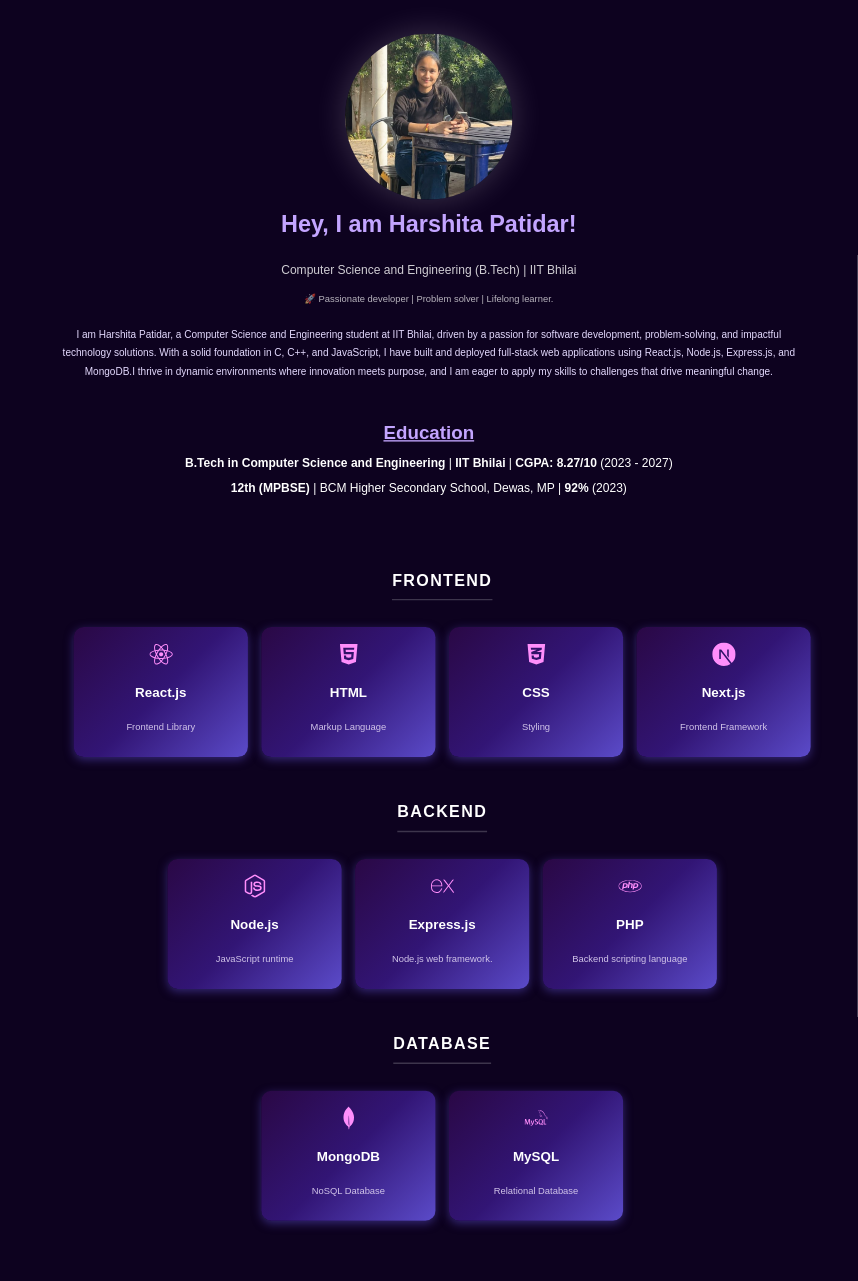
Repository: harshitap1305/Portfolio
Page: /
An editor plug-in stored every save of this project. The page is shown before and after the next save, followed by the edit.
The browser window is 1280 px wide. The pictures show the whole page, at 67% of full size.
The project was rebuilt for these pictures with package versions that can differ from the ones it lists, and the page was loaded fresh each time. Also part of the build but not shown: vite.config.js.

Above is the page before, as saved 2025-03-27 19:20:58.

### index.html
<!doctype html>
<html lang="en">
  <head>
    <meta charset="UTF-8" />

    <meta name="viewport" content="width=device-width, initial-scale=1.0" />
    <title>Harshita's Portfolio</title>
  </head>
  <body>
    <div id="root"></div>
    <script type="module" src="/src/main.jsx"></script>
  </body>
</html>

### src/App.jsx
import Home from './Home.jsx'

function App() {


  return (
    <>
      <Home/>
    </>
  )
}

export default App

### src/Home.jsx
import React from 'react';
import harshita from './assets/harshita.png';
import './App.css';
import { FaReact, FaHtml5, FaCss3Alt,FaNodeJs, FaPhp } from "react-icons/fa";
import { SiNextdotjs, SiExpress,SiMysql,SiMongodb } from "react-icons/si";
import Cards from './Cards';
const skillsData=[
    {
        category: "Frontend",
        skills: [
          { name: "React.js", description: "Frontend Library", icon: <FaReact/> },
          { name: "HTML", description: "Markup Language", icon: <FaHtml5 /> },
          { name: "CSS", description: "Styling", icon: <FaCss3Alt /> },
          { name: "Next.js", description: "Frontend Framework", icon: <SiNextdotjs /> }
        ]
      },
      {
        category: "Backend",
        skills: [
          { name: "Node.js", description: " JavaScript runtime", icon: <FaNodeJs /> },
          { name: "Express.js", description: "Node.js web framework.", icon: <SiExpress /> },
          { name: "PHP", description: "Backend scripting language", icon: <FaPhp /> }
        ]
      },
      {
        category: "Database",
        skills: [
          { name: "MongoDB", description: "NoSQL Database", icon: <SiMongodb/> },
          { name: "MySQL", description: "Relational Database", icon: <SiMysql /> },

        ]
      }
]
const Home = () => {
  return (
    <>
      <img src={harshita} alt="Harshita Patidar" className="harshita" />
      <h2 className="name">Hey, I am Harshita Patidar!</h2>
      <p className="tagline">Computer Science and Engineering (B.Tech) | IIT Bhilai</p>
      <p className="subtext">
      🚀 Passionate developer | Problem solver | Lifelong learner.
      </p>
      <p className='intro'>I am Harshita Patidar, a Computer Science and Engineering student at IIT Bhilai, driven by a passion for software development, problem-solving, and impactful technology solutions. With a solid foundation in C, C++, and JavaScript, I have built and deployed full-stack web applications using React.js, Node.js, Express.js, and MongoDB.I thrive in dynamic environments where innovation meets purpose, and I am eager to apply my skills to challenges that drive meaningful change.</p>
      <div className="education-container">
        <h1 className="education-heading">Education</h1>
        <ul className="education-list">
          <li>
            <span className="edu-degree">B.Tech in Computer Science and Engineering</span> | <b>IIT Bhilai</b> | <b>CGPA: 8.27/10</b> (2023 - 2027)
          </li>
          <li>
            <span className="edu-degree">12th (MPBSE)</span> | BCM Higher Secondary School, Dewas, MP | <b>92%</b> (2023)
          </li>
        </ul>

      </div>

      <div className="skills-container">
        {skillsData.map((section, index) => (
          <div key={index} className="skill-section">
            <h3 className="skill-category">{section.category}</h3>
            <div className="skill-grid">
              {section.skills.map((skill, i) => (
                <Cards key={i} icon={skill.icon} name={skill.name} description={skill.description} />
              ))}
            </div>
          </div>
        ))}
      </div>
    </>
  );
};

export default Home;

### src/App.css
/* Background */
body {
  background-color: #0d021f;
  color: white;
  font-family: 'Poppins', sans-serif;
  text-align: center;
  justify-content: center;
  display: flex;
}

/* Image Styling */
.harshita {
  width: 250px;
  border-radius: 50%;
  display: block;
  margin: 50px auto 10px;
  box-shadow: 0px 0px 50px rgba(255, 255, 255, 0.2);
}

/* Name Styling */
.name {
  font-size: 35px;
  font-weight: bold;
  margin-top: 10px;
  color: #c3a5ff; /* Light purple */
}

/* Tagline Styling */
.tagline {
  font-size: 18px;
  margin-top: 5px;
  opacity: 0.8;
}


/* Subtext */
.subtext {
  font-size: 14px;
  margin-top: 5px;
  opacity: 0.7;
}
/* Intro Box */
.intro {
  font-size: 15px;
  line-height: 1.8;
  max-width: 1100px;
  text-align: center;
  margin-top: 20px;
  color: #e5dbff;
  padding: 10px 20px;

}

/* Highlights in Text */
.intro span {
  color: #8a4bff;
  font-weight: bold;
}
/* Education Section */
.education-container {
  margin-top: 20px;
  padding: 15px;
  text-align: left;
  max-width: 100%;
  justify-content: center;
  text-align: center;
}

.education-heading {
  font-size: 28px;
  font-weight: bold;
  color: #c3a5ff;
  margin-bottom: 10px;
  text-decoration: underline;


}

.education-list {
  list-style: none;
  padding: 0;
}

.education-list li {
  font-size: 18px;
  line-height: 1.6;
  margin-bottom: 8px;
}

.edu-degree {
  font-weight: bold;
  color: white;
}
.skills-container {
  display: flex;
  flex-direction: column;
  align-items: center;
  justify-content: center;
  width: 100%;
  padding: 50px 20px;
  color: white;
  justify-content: center;

}

.skill-section {
  width: 100%;
  max-width: 1100px;
  margin-bottom: 40px;
  text-align: center;
  justify-content: center;
}

.skill-category {
  font-size: 24px;
  font-weight: bold;
  color: #fff;
  text-transform: uppercase;
  letter-spacing: 2px;
  margin-bottom: 20px;
  padding-bottom: 10px;
  border-bottom: 2px solid rgba(255, 255, 255, 0.2);
  display: inline-block;
}

.skill-grid {
  display: grid;
  grid-template-columns: repeat(auto-fit, minmax(200px, 1fr));
  gap: 20px;
  justify-content: center;
  margin-top: 20px;
}
.skill-grid:has(:nth-child(2):nth-last-child(1)),
.skill-grid:has(:nth-child(2):nth-last-child(2)) {
  display: flex;
  justify-content: center;
  gap: 20px;
}

### src/Cards.jsx
import React from 'react'
import './Cards.css'
const Cards = ({name,description,icon}) => {
  return (
    <>
    <div className="skill-card">
    <div className="skill-icon">{icon}</div>
    <h4>{name}</h4>
    <p>{description}</p>
    </div>
  </>
  )
}

export default Cards

### src/Cards.css
.skill-card {
    background: linear-gradient(135deg, #2a0845, #321575, #5b4bc9);
    padding: 20px;
    width: 220px;
    border-radius: 15px;
    text-align: center;
    transition: 0.3s;
    box-shadow: 0 4px 15px rgba(91, 75, 201, 0.5);
    position: relative;
    overflow: hidden;
  }

  .skill-card:hover {
    transform: translateY(-5px);
    box-shadow: 0 6px 20px rgba(91, 75, 201, 0.8);
  }

  .skill-card h4 {
    color: #fff;
    font-size: 20px;
    margin-top: 10px;
    font-weight: bold;
  }

  .skill-card p {
    color: #d1c4e9;
    font-size: 14px;
  }

  .skill-icon {
    font-size: 35px;
    color: #ff8efb;
  }

  /* Glowing Effect */
  .skill-card::before {
    content: "";
    position: absolute;
    top: -50%;
    left: -50%;
    width: 200%;
    height: 200%;
    background: radial-gradient(circle, rgba(255, 255, 255, 0.2) 10%, transparent 50%);
    transform: rotate(30deg);
    opacity: 0;
    transition: opacity 0.4s;
  }

  .skill-card:hover::before {
    opacity: 1;
  }

Loaded but not shown: src/main.jsx (common file); src/index.css (common file)

After the next save:
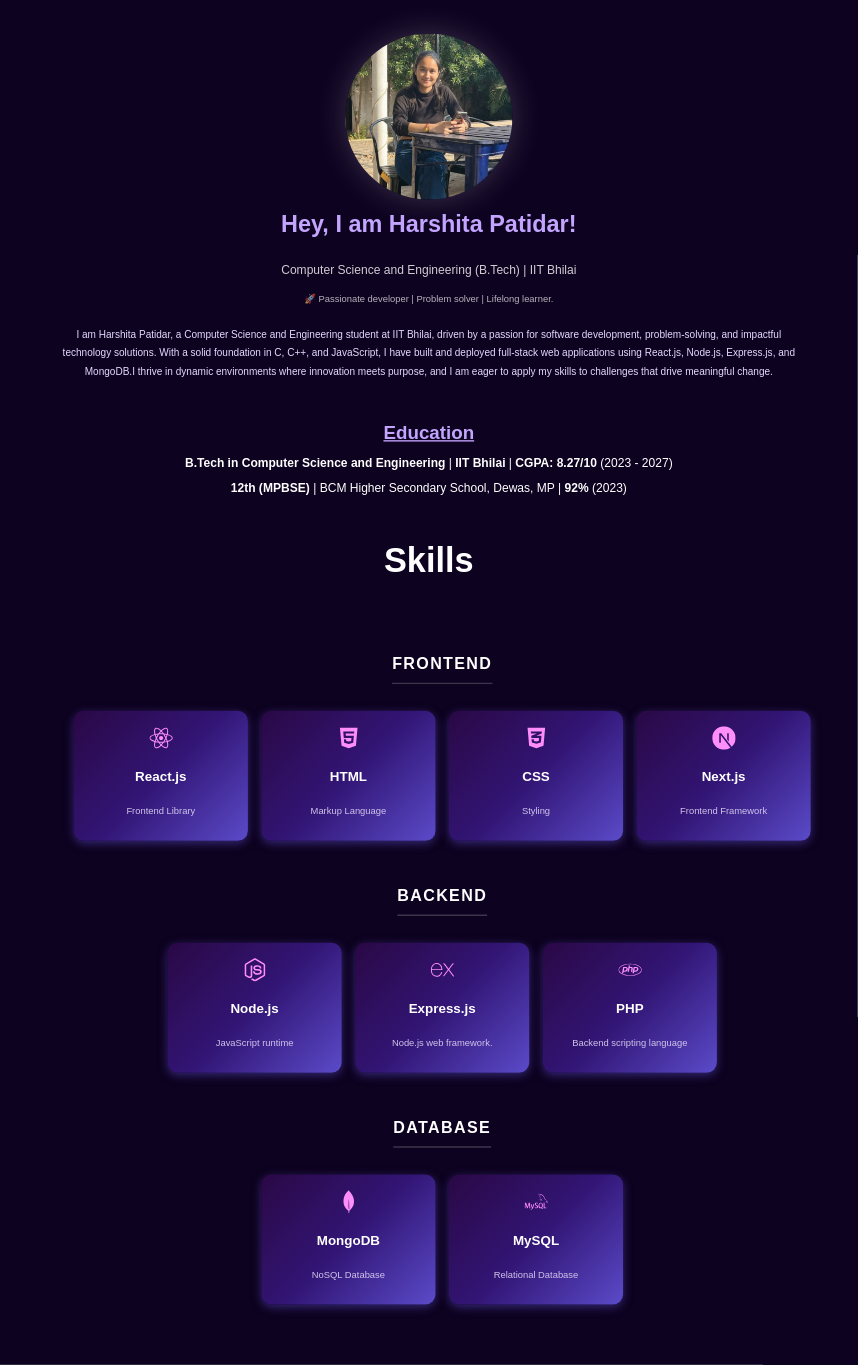
Saved 6 s later.
--- a/src/Home.jsx
+++ b/src/Home.jsx
@@ -53,7 +53,7 @@ const Home = () => {
         </ul>
 
       </div>
-
+      <h1 className="skills-heading">Skills</h1>
       <div className="skills-container">
         {skillsData.map((section, index) => (
           <div key={index} className="skill-section">
